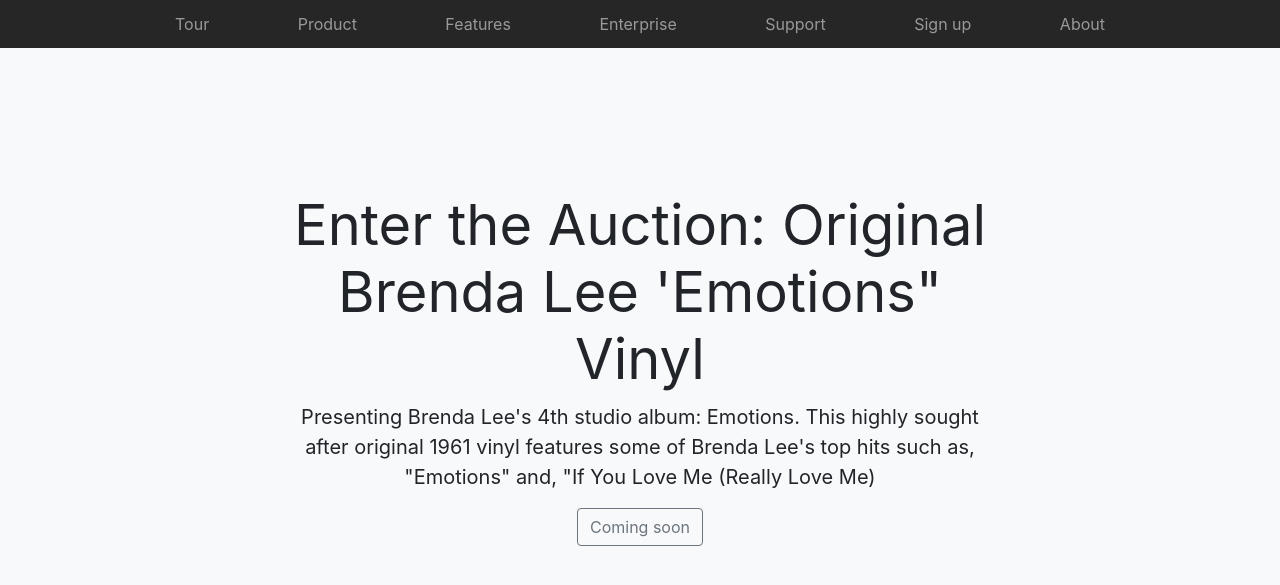
Repository: nvera007/nicolevera-resume
Page: LearnCS8-Twilio/index.html
The author's editor kept a record of every edit. The page is drawn from the files as they stood at one moment, then again after the next edit.
The browser window is 1280 px wide. The pictures show the whole page.

Above is the page before.

After the next edit:
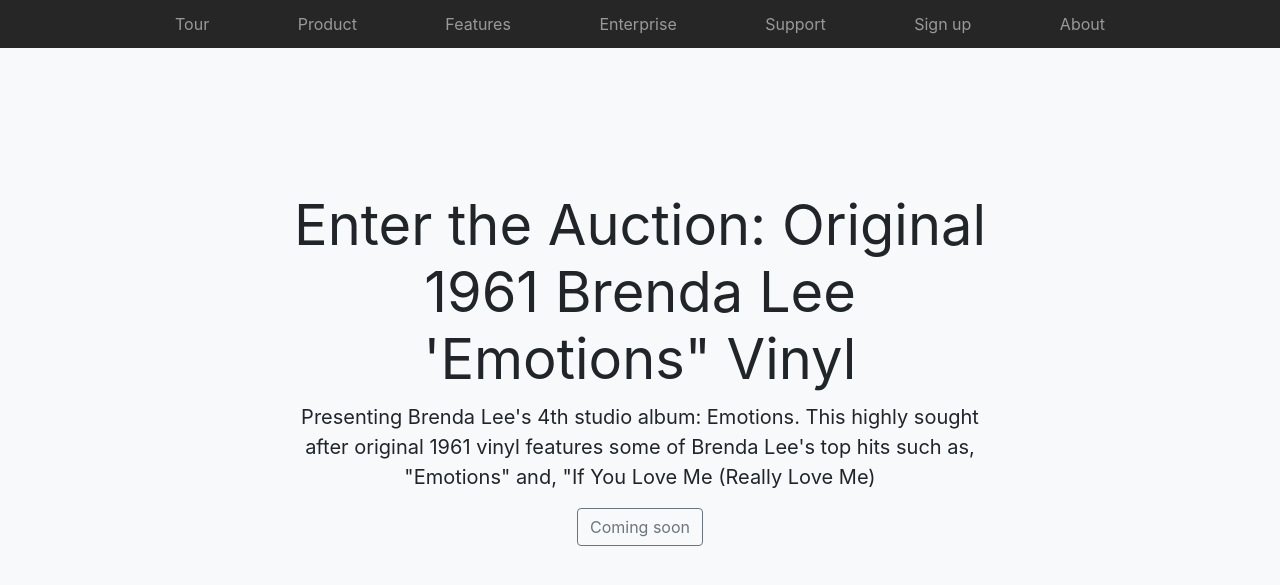
The edit:
--- a/LearnCS8-Twilio/index.html
+++ b/LearnCS8-Twilio/index.html
@@ -29,7 +29,7 @@
 <!-- Main Header Section h1-->
 <div class="position-relative overflow-hidden p-3 p-md-5 m-md-0 text-center bg-light">
     <div class="col-md-8 p-lg-5 mx-auto my-5">
-        <h1 class="display-4 font-weight-normal">Enter the Auction: Original Brenda Lee 'Emotions" Vinyl</h1>
+        <h1 class="display-4 font-weight-normal">Enter the Auction: Original 1961 Brenda Lee 'Emotions" Vinyl</h1>
         <p class="lead font-weight-normal">Presenting Brenda Lee's 4th studio album: Emotions. This highly sought after original 1961 vinyl features some of Brenda Lee's top hits such as, "Emotions" and, "If You Love Me (Really Love Me)</p>
         <a class="btn btn-outline-secondary" href="https://www.youtube.com/watch?v=T9l9ewaz9Gk" target=oomd>Coming soon</a>
     </div>
